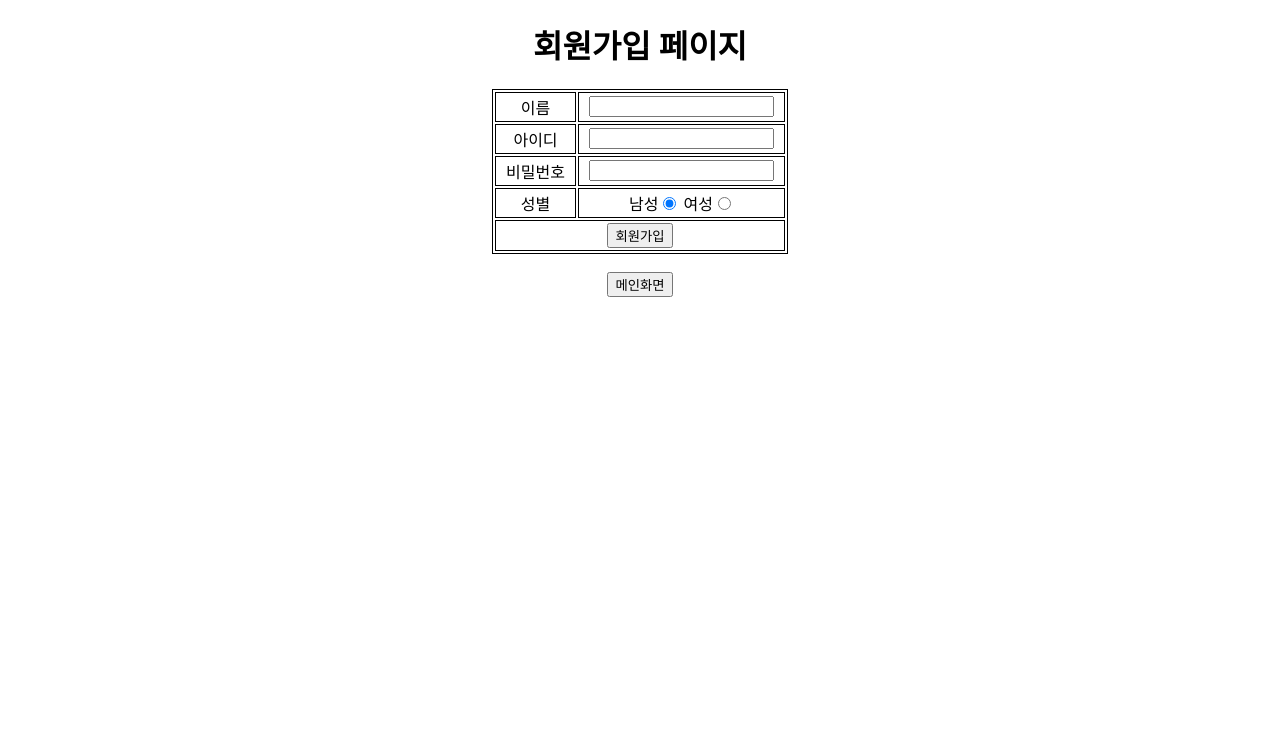
Repository: jjuhye/JSPWorkspace
Page: http://localhost/basic/00_memberLogin/03_11_joinForm.jsp
An editor plug-in stored every save of this project. The page is shown before and after the next save, followed by the edit.
The browser window is 1280 px wide. The pictures show the whole page.
The page is served by Tomcat 9. Other server files are loaded and not shown.

Above is the page before, as saved 2023-02-23 05:16:27.

### basic/src/main/webapp/00_memberLogin/03_11_joinForm.jsp
<%@ page language="java" contentType="text/html; charset=UTF-8"
    pageEncoding="UTF-8"%>
<!DOCTYPE html>
<html>
<head>
<meta charset="UTF-8">
<title>회원가입</title>
<link rel="stylesheet" href="./member.css">
</head>
<body>

<div align="center">
	<h1> 회원가입 페이지 </h1>

	<form action="03_12_joinPro.jsp" method="post">
		<table border="1">
		    <tr>
				<td>이름</td>
		        <td><input type="text" name="newName"></td>
		    </tr>
		    <tr>
				<td>아이디</td>
		        <td><input type="text" name="newId"></td>
		    </tr>
		    <tr>
		        <td>비밀번호</td>
		        <td><input type="text" name="newPw"></td>
		    </tr>
		    <tr>
		        <td>성별</td>
		        <td>남성<input type="radio" name="newGen" value="m" checked>
		        여성<input type="radio" name="newGen" value="f"></td>
		    </tr>
		    <tr>
		    <td colspan="2"><input type="submit" value="회원가입"></td>
		    </tr>
		</table>
		<br>
	</form>
	<button onclick="location.href='02_main.jsp'">메인화면</button>
</div>
</body>
</html>

### basic/src/main/webapp/00_memberLogin/member.css
@charset "UTF-8";

html,body{
	width: 100%;
	height: 100%;
	margin:0;
	padding: 0;
}

header{
	background: pink;
	font-size : 18px;
	font-weight: 600;
}

header div div{
	cursor: pointer;
}

table{
	border: 1px solid black;
}

td{
	border: 1px solid black;
	padding: 2px 10px;
	text-align:center;
}

th{
	font-weight:bold;
}

After the next save:
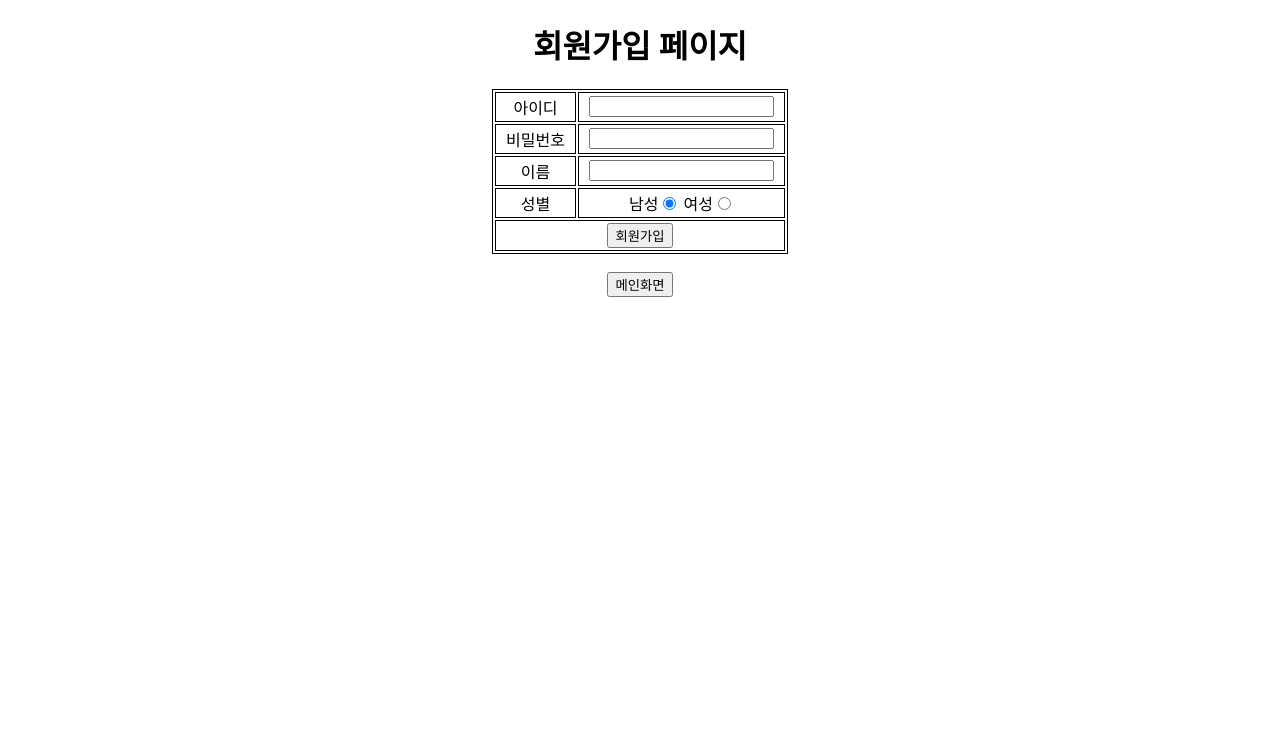
Saved 6 min 54 s later.
--- a/basic/src/main/webapp/00_memberLogin/03_11_joinForm.jsp
+++ b/basic/src/main/webapp/00_memberLogin/03_11_joinForm.jsp
@@ -15,16 +15,16 @@
 	<form action="03_12_joinPro.jsp" method="post">
 		<table border="1">
 		    <tr>
-				<td>이름</td>
-		        <td><input type="text" name="newName"></td>
-		    </tr>
-		    <tr>
 				<td>아이디</td>
 		        <td><input type="text" name="newId"></td>
 		    </tr>
 		    <tr>
 		        <td>비밀번호</td>
 		        <td><input type="text" name="newPw"></td>
+		    </tr>
+		    <tr>
+				<td>이름</td>
+		        <td><input type="text" name="newName"></td>
 		    </tr>
 		    <tr>
 		        <td>성별</td>
